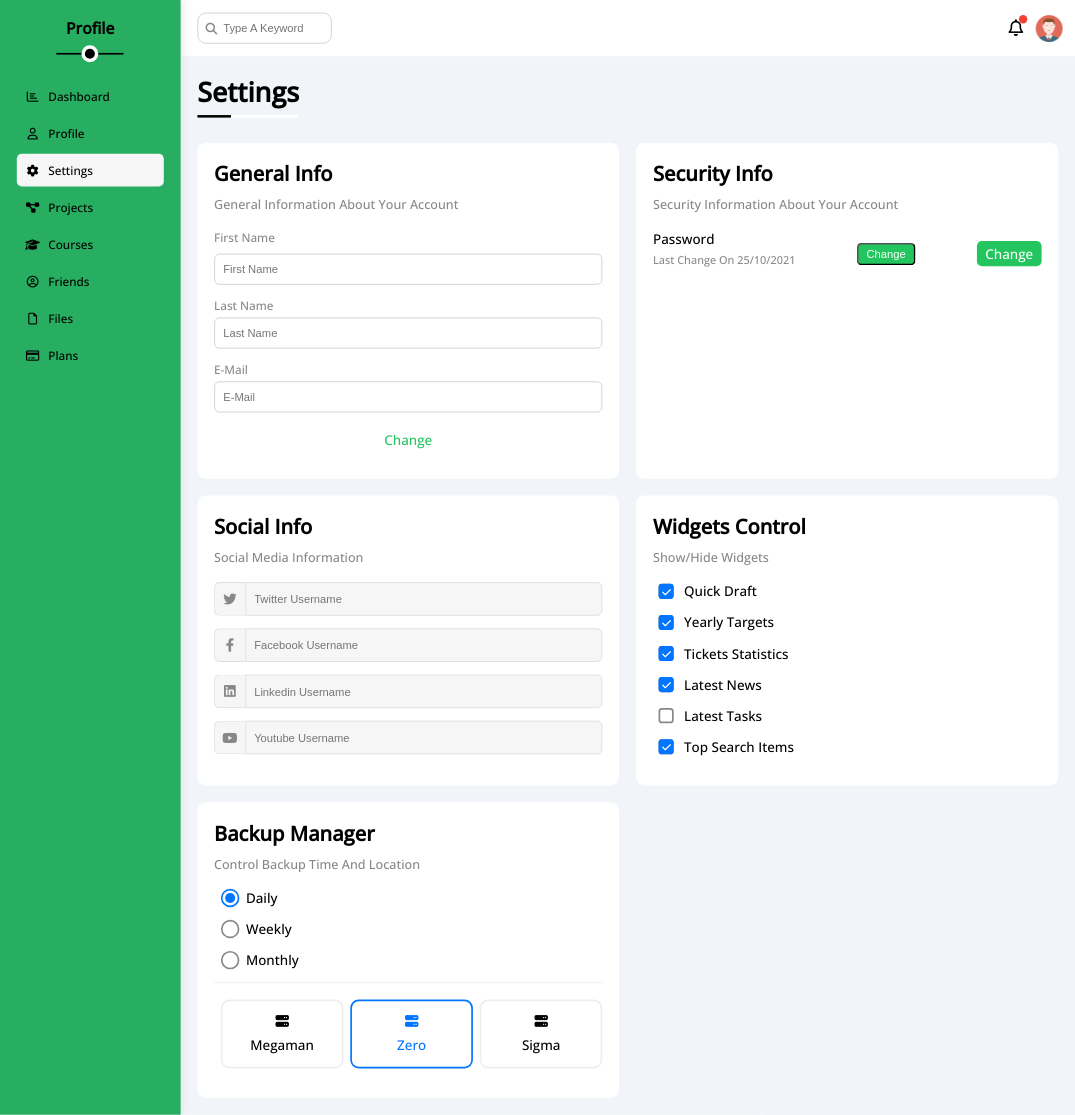
Repository: souhailaniba/Bookly
Page: public/assets/books webstie/settings.html
These files come from the project's save history. The page is drawn as it stood at one moment and after the next save; the edit follows.
The browser window is 1280 px wide. The pictures show the whole page, at 84% of full size.

Above is the page before, as saved 2023-01-27 14:54:11.

### public/assets/books webstie/settings.html
<!DOCTYPE html>
<html lang="en">
  <head>
    <meta charset="UTF-8" />
    <meta http-equiv="X-UA-Compatible" content="IE=edge" />
    <meta name="viewport" content="width=device-width, initial-scale=1.0" />
    <title>Settings</title>
    <link rel="stylesheet" href="css/all.min.css" />
    <link rel="stylesheet" href="css/framework.css" />
    <link rel="stylesheet" href="css/master.css" />
    <link rel="preconnect" href="https://fonts.googleapis.com" />
    <link rel="preconnect" href="https://fonts.gstatic.com" crossorigin />
    <link href="https://fonts.googleapis.com/css2?family=Open+Sans:wght@300;500&display=swap" rel="stylesheet" />
  </head>
  <body>
    <div class="page d-flex">
      <div class="sidebar bg-white p-20 p-relative"   style="background-color: #27ae60;">
        <h3 class="p-relative txt-c mt-0">Profile</h3>
        <ul>
          <li>
            <a class="d-flex align-center fs-14 c-black rad-6 p-10" href="profil.html">
              <i class="fa-regular fa-chart-bar fa-fw"></i>
              <span>Dashboard</span>
            </a>
          </li>
          <li>
            <a class="d-flex align-center fs-14 c-black rad-6 p-10" href="profile.html">
              <i class="fa-regular fa-user fa-fw"></i>
              <span>Profile</span>
            </a>
          </li>
          <li>
            <a class="active d-flex align-center fs-14 c-black rad-6 p-10" href="settings.html">
              <i class="fa-solid fa-gear fa-fw"></i>
              <span>Settings</span>
            </a>
          </li>
          <li>
            <a class="d-flex align-center fs-14 c-black rad-6 p-10" href="projects.html">
              <i class="fa-solid fa-diagram-project fa-fw"></i>
              <span>Projects</span>
            </a>
          </li>
          <li>
            <a class="d-flex align-center fs-14 c-black rad-6 p-10" href="courses.html">
              <i class="fa-solid fa-graduation-cap fa-fw"></i>
              <span>Courses</span>
            </a>
          </li>
          <li>
            <a class="d-flex align-center fs-14 c-black rad-6 p-10" href="friends.html">
              <i class="fa-regular fa-circle-user fa-fw"></i>
              <span>Friends</span>
            </a>
          </li>
          <li>
            <a class="d-flex align-center fs-14 c-black rad-6 p-10" href="files.html">
              <i class="fa-regular fa-file fa-fw"></i>
              <span>Files</span>
            </a>
          </li>
          <li>
            <a class="d-flex align-center fs-14 c-black rad-6 p-10" href="plans.html">
              <i class="fa-regular fa-credit-card fa-fw"></i>
              <span>Plans</span>
            </a>
          </li>
        </ul>
      </div>
      <div class="content w-full">
        <!-- Start Head -->
        <div class="head bg-white p-15 between-flex">
          <div class="search p-relative">
            <input class="p-10" type="search" placeholder="Type A Keyword" />
          </div>
          <div class="icons d-flex align-center">
            <span class="notification p-relative">
              <i class="fa-regular fa-bell fa-lg"></i>
            </span>
            <img src="imgs/avatar.png" alt="" />
          </div>
        </div>
        <!-- End Head -->
        <h1 class="p-relative">Settings</h1>
        <div class="settings-page m-20 d-grid gap-20">

          <!-- Start Settings Box -->
          <div class="p-20 bg-white rad-10">
            <h2 class="mt-0 mb-10">General Info</h2>
            <p class="mt-0 mb-20 c-grey fs-15">General Information About Your Account</p>
            <div class="mb-15">
              <label class="fs-14 c-grey d-block mb-10" for="first">First Name</label>
              <input
                class="b-none border-ccc p-10 rad-6 d-block w-full"
                type="text"
                id="first"
                placeholder="First Name"
              />
            </div>
            <div class="mb-15">
              <label class="fs-14 c-grey d-block mb-5" for="last">Last Name</label>
              <input
                class="b-none border-ccc p-10 rad-6 d-block w-full"
                id="last"
                type="text"
                placeholder="Last Name"
              />
            </div>
            <div class="mb-15">
              <label class="fs-14 c-grey d-block mb-5" for="email">E-Mail</label>
              <input
                class="b-none border-ccc p-10 rad-6 d-block w-full"
                id="email"
                type="email"
                placeholder="E-Mail"
              />
              <center><br><a class="c-green" href="#">Change</a></center>
            </div>
          </div>
          <!-- End Settings Box -->
          <!-- Start Settings Box -->
          <div class="p-20 bg-white rad-10">
            <h2 class="mt-0 mb-10">Security Info</h2>
            <p class="mt-0 mb-20 c-grey fs-15">Security Information About Your Account</p>
            <div class="sec-box mb-15 between-flex">
              <div>
                <span>Password</span>
                <p class="c-grey mt-5 mb-0 fs-13">Last Change On 25/10/2021</p>
              </div>
              <button class="button bg-green c-white btn-shape" type="submit" action="">Change</button>
              <a class="button bg-green c-white btn-shape" href="#">Change</a>
            </div>
          </div>
          <!-- End Settings Box -->
          <!-- Start Settings Box -->
          <div class="social-boxes p-20 bg-white rad-10">
            <h2 class="mt-0 mb-10">Social Info</h2>
            <p class="mt-0 mb-20 c-grey fs-15">Social Media Information</p>
            <div class="d-flex align-center mb-15">
              <i class="fa-brands fa-twitter center-flex c-grey"></i>
              <input class="w-full" type="text" placeholder="Twitter Username" />
            </div>
            <div class="d-flex align-center mb-15">
              <i class="fa-brands fa-facebook-f center-flex c-grey"></i>
              <input class="w-full" type="text" placeholder="Facebook Username" />
            </div>
            <div class="d-flex align-center mb-15">
              <i class="fa-brands fa-linkedin center-flex c-grey"></i>
              <input class="w-full" type="text" placeholder="Linkedin Username" />
            </div>
            <div class="d-flex align-center">
              <i class="fa-brands fa-youtube center-flex c-grey"></i>
              <input class="w-full" type="text" placeholder="Youtube Username" />
            </div>
          </div>
          <!-- End Settings Box -->
          <!-- Start Settings Box -->
          <div class="widgets-control p-20 bg-white rad-10">
            <h2 class="mt-0 mb-10">Widgets Control</h2>
            <p class="mt-0 mb-20 c-grey fs-15">Show/Hide Widgets</p>
            <div class="control d-flex align-center mb-15">
              <input type="checkbox" id="one" checked />
              <label for="one">Quick Draft</label>
            </div>
            <div class="control d-flex align-center mb-15">
              <input type="checkbox" id="two" checked />
              <label for="two">Yearly Targets</label>
            </div>
            <div class="control d-flex align-center mb-15">
              <input type="checkbox" id="three" checked />
              <label for="three">Tickets Statistics</label>
            </div>
            <div class="control d-flex align-center mb-15">
              <input type="checkbox" id="four" checked />
              <label for="four">Latest News</label>
            </div>
            <div class="control d-flex align-center mb-15">
              <input type="checkbox" id="five" />
              <label for="five">Latest Tasks</label>
            </div>
            <div class="control d-flex align-center mb-15">
              <input type="checkbox" id="six" checked />
              <label for="six">Top Search Items</label>
            </div>
          </div>
          <!-- End Settings Box -->
          <!-- Start Settings Box -->
          <div class="backup-control p-20 bg-white rad-10">
            <h2 class="mt-0 mb-10">Backup Manager</h2>
            <p class="mt-0 mb-20 c-grey fs-15">Control Backup Time And Location</p>
            <div class="date d-flex align-center mb-15">
              <input type="radio" name="time" id="daily" checked />
              <label for="daily">Daily</label>
            </div>
            <div class="date d-flex align-center mb-15">
              <input type="radio" name="time" id="weekly" />
              <label for="weekly">Weekly</label>
            </div>
            <div class="date d-flex align-center mb-15">
              <input type="radio" name="time" id="monthly" />
              <label for="monthly">Monthly</label>
            </div>
            <div class="servers d-flex align-center txt-c">
              <input type="radio" name="servers" id="server-one" />
              <div class="server mb-15 rad-10 w-full">
                <label class="d-block m-15" for="server-one">
                  <i class="fa-solid fa-server d-block mb-10"></i>
                  Megaman
                </label>
              </div>
              <input type="radio" name="servers" id="server-two" checked />
              <div class="server mb-15 rad-10 w-full">
                <label class="d-block m-15" for="server-two">
                  <i class="fa-solid fa-server d-block mb-10"></i>
                  Zero
                </label>
              </div>
              <input type="radio" name="servers" id="server-three" />
              <div class="server mb-15 rad-10 w-full">
                <label class="d-block m-15" for="server-three">
                  <i class="fa-solid fa-server d-block mb-10"></i>
                  Sigma
                </label>
              </div>
            </div>
          </div>
          <!-- End Settings Box -->
        </div>
      </div>
    </div>
  </body>
</html>

### public/assets/books webstie/css/framework.css
:root {
  --blue-color: #0075ff;
  --blue-alt-color: #0d69d5;
  --orange-color: #f59e0b;
  --green-color: #22c55e;
  --red-color: #f44336;
  --grey-color: #888;
}
/* Start Box */
.d-flex {
  display: flex;
}
.f-wrap {
  flex-wrap: wrap;
}
.align-center {
  align-items: center;
}
.space-between {
  justify-content: space-between;
}
.d-grid {
  display: grid;
}
.gap-20 {
  gap: 20px;
}
.d-block {
  display: block;
}
@media (max-width: 767px) {
  .block-mobile {
    display: block;
  }
  .hide-mobile {
    display: none;
  }
}
/* End Box */
/* Start Padding + Margin */
.p-10 {
  padding: 10px;
}
.p-15 {
  padding: 15px;
}
.p-20 {
  padding: 20px;
}
.pt-10 {
  padding-top: 10px;
}
.pt-15 {
  padding-top: 15px;
}
.pt-20 {
  padding-top: 20px;
}
.pb-10 {
  padding-bottom: 10px;
}
.pb-15 {
  padding-bottom: 15px;
}
.pb-20 {
  padding-bottom: 20px;
}
.pl-15 {
  padding-left: 15px;
}
.m-0 {
  margin: 0;
}
.m-15 {
  margin: 15px;
}
.m-20 {
  margin: 20px;
}
.mt-0 {
  margin-top: 0;
}
.mt-5 {
  margin-top: 5px;
}
.mt-10 {
  margin-top: 10px;
}
.mt-15 {
  margin-top: 15px;
}
.mt-20 {
  margin-top: 20px;
}
.mt-25 {
  margin-top: 25px;
}
.mr-10 {
  margin-right: 10px;
}
.mr-15 {
  margin-right: 15px;
}
.mb-5 {
  margin-bottom: 5px;
}
.mb-10 {
  margin-bottom: 10px;
}
.mb-15 {
  margin-bottom: 15px;
}
.mb-20 {
  margin-bottom: 20px;
}
.mb-25 {
  margin-bottom: 25px;
}
/* End Padding + Margin */
/* Start Color */
.c-black {
  color: black;
}
.c-white {
  color: white;
}
.c-grey {
  color: var(--grey-color);
}
.c-red {
  color: var(--red-color);
}
.c-green {
  color: var(--green-color);
}
.c-blue {
  color: var(--blue-color);
}
.c-orange {
  color: var(--orange-color);
}
.bg-red {
  background-color: var(--red-color);
}
.bg-green {
  background-color: var(--green-color);
}
.bg-blue {
  background-color: var(--blue-color);
}
.bg-orange {
  background-color: var(--orange-color);
}
.bg-white {
  background-color: white;
}
.bg-eee {
  background-color: #eee;
}
/* End Color */
/* Start Position */
.p-relative {
  position: relative;
}
.p-absolute {
  position: absolute;
}
/* End Position */
/* Start Font */
.txt-c {
  text-align: center;
}
.fs-13 {
  font-size: 13px;
}
.fs-14 {
  font-size: 14px;
}
.fs-15 {
  font-size: 15px;
}
.fs-25 {
  font-size: 25px;
}
.fw-bold {
  font-weight: bold;
}
@media (max-width: 767px) {
  .txt-c-mobile {
    text-align: center;
  }
}
/* End Font */
/* Start Border */
.rad-6 {
  border-radius: 6px;
}
.rad-10 {
  border-radius: 10px;
}
.rad-half {
  border-radius: 50%;
}
.b-none {
  border: none;
}
.border-ccc {
  border: 1px solid #ccc;
}
.border-eee {
  border: 1px solid #eee;
}

/* End Border */
/* Start Width + Height */
.w-full {
  width: 100%;
}
.w-100 {
  width: 100px;
}
.w-fit {
  width: fit-content;
}
.h-full {
  height: 100%;
}
.h-100 {
  height: 100px;
}
/* End Width + Height */
/* Start Components */
.center-flex {
  display: flex;
  align-items: center;
  justify-content: center;
}
.between-flex {
  display: flex;
  align-items: center;
  justify-content: space-between;
}
.btn-shape {
  padding: 4px 10px;
  border-radius: 6px;
}
/* End Components */

Loaded but not shown: public/assets/books webstie/css/all.min.css (library); public/assets/books webstie/css/master.css (1171 lines, source omitted)

After the next save:
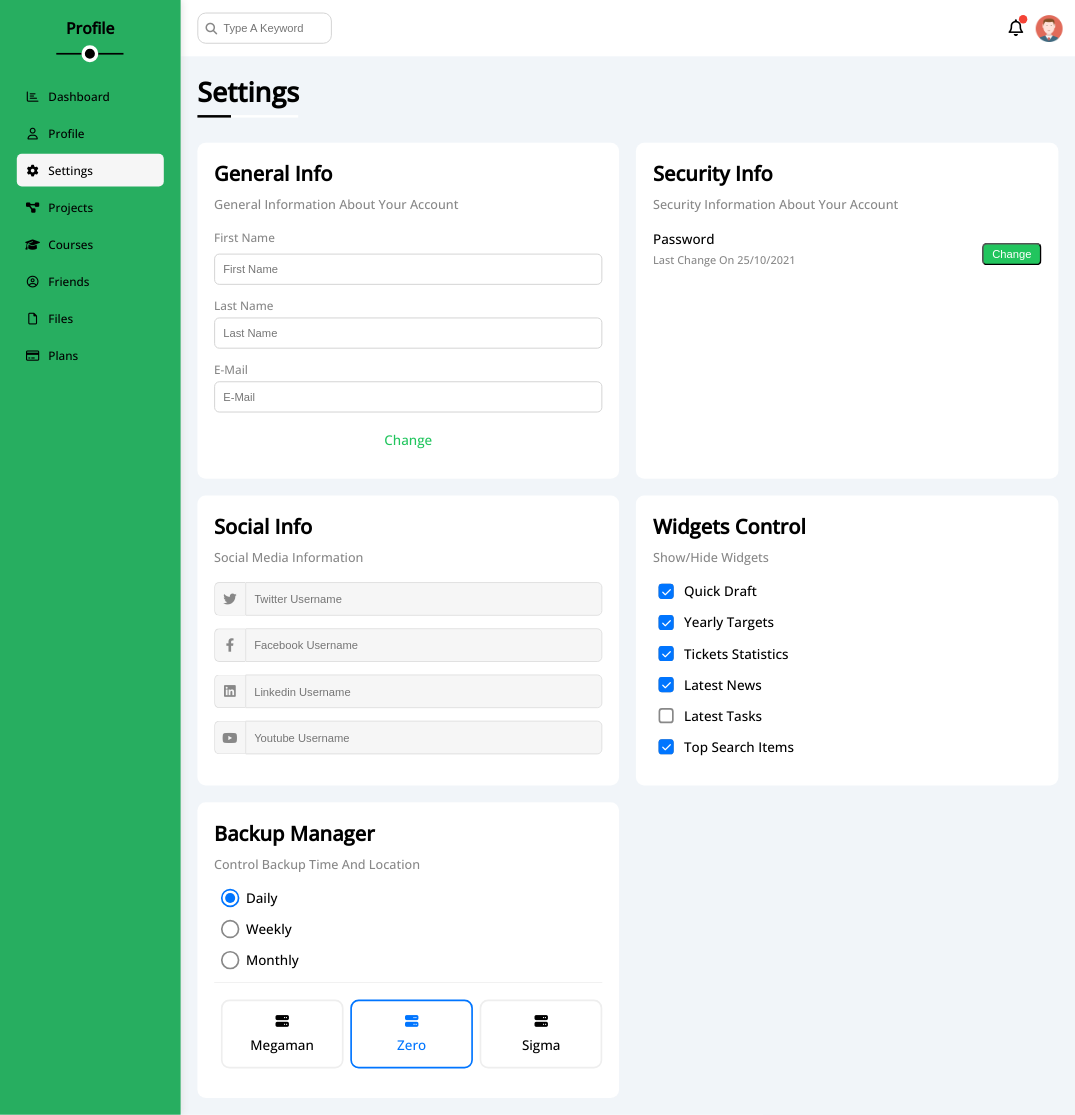
Saved 3 s later.
--- a/public/assets/books webstie/settings.html
+++ b/public/assets/books webstie/settings.html
@@ -128,7 +128,7 @@
                 <p class="c-grey mt-5 mb-0 fs-13">Last Change On 25/10/2021</p>
               </div>
               <button class="button bg-green c-white btn-shape" type="submit" action="">Change</button>
-              <a class="button bg-green c-white btn-shape" href="#">Change</a>
+
             </div>
           </div>
           <!-- End Settings Box -->
